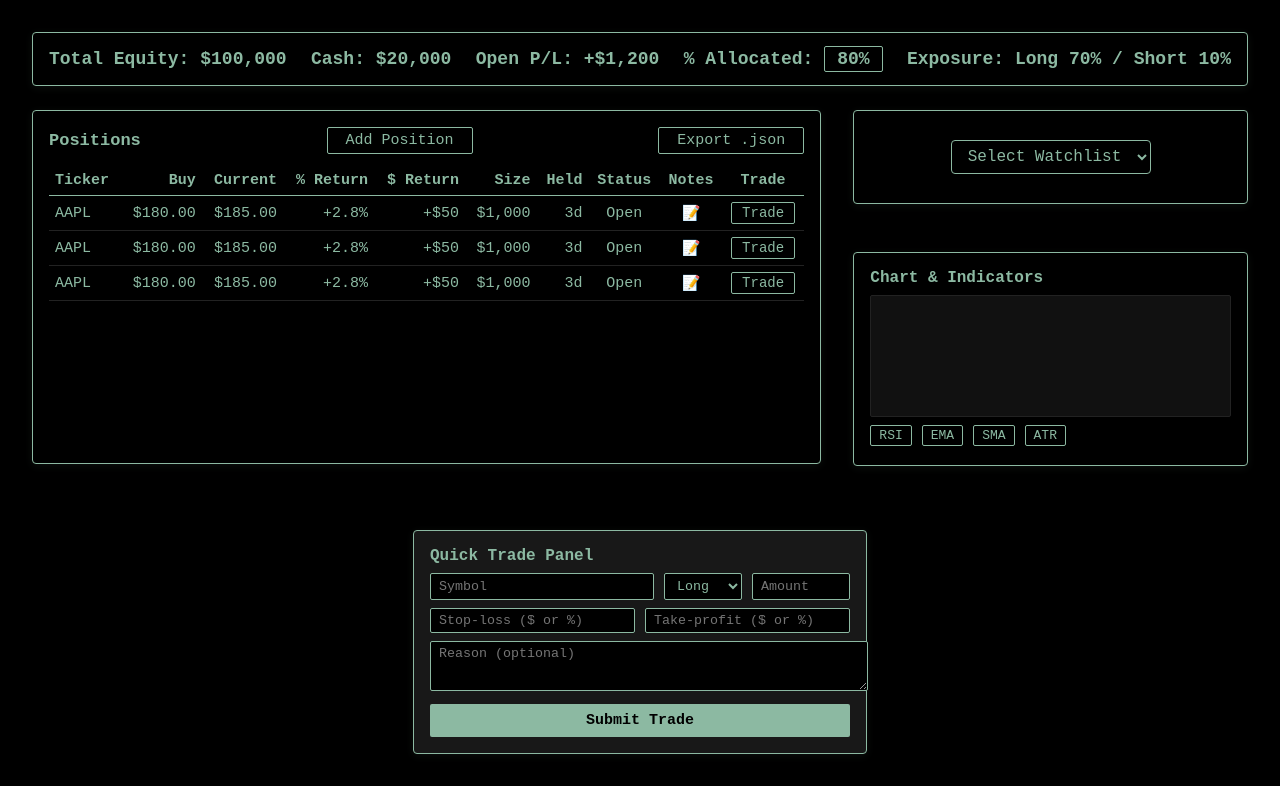
Repository: 11612x/burnlistv1.1
Page: /trade
An editor plug-in stored every save of this project. The page is shown before and after the next save, followed by the edit.
The browser window is 1280 px wide. The pictures show the whole page.
The project was rebuilt for these pictures with package versions that can differ from the ones it lists, and the page was loaded fresh each time. Also part of the build but not shown: vite.config.js, src/components/CustomTooltip.jsx, src/logic/portfolioUtils.js, src/components/WatchlistChart.jsx, src/data/randomNames.js, src/data/mockTickerGenerator.js, src/components/NotificationBanner.jsx, src/components/CustomButton.jsx and 17 more.

Above is the page before, as saved 2025-07-14 23:55:46.

### index.html
<!DOCTYPE html>
<html lang="en">
  <head>
    <meta charset="UTF-8" />
    <meta name="viewport" content="width=device-width, initial-scale=1.0" />
    <title>Burnlist</title>
    <link rel="icon" type="image/x-icon" href="/favicon.ico" />
  </head>
  <body>
    <div id="root"></div>
    <script type="module" src="/src/main.jsx"></script>
  </body>
</html>

### src/main.jsx
import React from 'react';
import ReactDOM from 'react-dom/client';
import App from './App';
import './index.css';
import MockWatchlistPage from './pages/MockWatchlistPage';

console.log("MAIN.JSX is running");


ReactDOM.createRoot(document.getElementById('root')).render(<App />);

### src/App.jsx
// React core and lifecycle
import React, { useState, useEffect } from "react";
// React Router for routing
import { BrowserRouter as Router, Routes, Route } from "react-router-dom";
// App pages
import Home from "@pages/HomePage";
import BurnPage from "@pages/burnPage";
import MockWatchlistPage from "@pages/MockWatchlistPage";
import UniverseScreenerPage from "@pages/UniverseScreenerPage";
import UniverseHomePage from "@pages/UniverseHomePage";
import TradeDashboard from './pages/TradeDashboard';
// Fetch manager for cleanup
import { fetchManager } from '@data/fetchManager';
import { ThemeProvider } from './ThemeContext';


function App() {
  // Load watchlists from localStorage or default to empty object
  const [watchlists, setWatchlists] = useState(() => {
    try {
      const saved = localStorage.getItem("burnlist_watchlists");
      console.log("Loaded watchlists from localStorage:", saved);
      return saved ? JSON.parse(saved) : {};
    } catch {
      return {};
    }
  });

  // Persist watchlists to localStorage on changes
  useEffect(() => {
    console.log("Saving watchlists to localStorage:", watchlists);
    localStorage.setItem("burnlist_watchlists", JSON.stringify(watchlists));
  }, [watchlists]);

  // Cleanup fetch manager on app unmount
  useEffect(() => {
    return () => {
      fetchManager.cleanup();
    };
  }, []);

  return (
    <ThemeProvider>
      <Router>
        <Routes>
          <Route
            path="/"
            element={<Home watchlists={watchlists} setWatchlists={setWatchlists} />}
          />
          <Route
            path="/watchlist/:slug"
            element={<BurnPage watchlists={watchlists} setWatchlists={setWatchlists} />}
          />
          {/* Route for mock watchlist testing - remove when not needed */}
          <Route path="/mockwatchlist" element={<MockWatchlistPage />} />
          {/* Route for Universe Homepage */}
          <Route path="/universes" element={<UniverseHomePage />} />
          {/* Route for Universe Screener */}
          <Route path="/universe/:slug" element={<UniverseScreenerPage />} />
          <Route path="/trade" element={<TradeDashboard />} />
        </Routes>
      </Router>
    </ThemeProvider>
  );
}

export default App;

### src/index.css
body, html, #root {
  margin: 0;
  padding: 0;
  height: 100%;
  background-color: black;
  color: #0de309;
  font-family: 'Courier New', Courier, monospace;
}

### src/pages/TradeDashboard.jsx
import React, { useState, useEffect } from 'react';
import WatchlistSelector from '../components/WatchlistSelector';

const CRT_GREEN = 'rgb(140,185,162)';
const CRT_RED = '#e31507';

const boxStyle = {
  border: `1.5px solid ${CRT_GREEN}`,
  borderRadius: 4,
  background: 'black',
  color: CRT_GREEN,
  fontFamily: 'Courier New',
  padding: 16,
  marginBottom: 24,
  boxShadow: '0 2px 8px 0 rgba(140,185,162,0.08)'
};

function getLatestAndChange(item) {
  if (!item || !Array.isArray(item.historicalData) || item.historicalData.length < 2) return { latest: null, change: null };
  const latest = item.historicalData[item.historicalData.length - 1]?.price;
  const prev = item.historicalData[item.historicalData.length - 2]?.price;
  if (typeof latest !== 'number' || typeof prev !== 'number' || prev === 0) return { latest: null, change: null };
  const change = ((latest - prev) / prev) * 100;
  return { latest, change };
}

const TradeDashboard = () => {
  const [selectedWatchlist, setSelectedWatchlist] = useState("");
  const [watchlistData, setWatchlistData] = useState(null);

  useEffect(() => {
    if (!selectedWatchlist) {
      setWatchlistData(null);
      return;
    }
    try {
      const saved = localStorage.getItem("burnlist_watchlists");
      if (saved) {
        const parsed = JSON.parse(saved);
        const found = Object.values(parsed).find(w => w.slug === selectedWatchlist);
        setWatchlistData(found || null);
      } else {
        setWatchlistData(null);
      }
    } catch (e) {
      setWatchlistData(null);
    }
  }, [selectedWatchlist]);

  return (
    <div style={{
      fontFamily: 'Courier New',
      color: CRT_GREEN,
      background: 'black',
      minHeight: '100vh',
      padding: 32
    }}>
      {/* Portfolio Bar */}
      <div style={{ ...boxStyle, display: 'flex', justifyContent: 'space-between', alignItems: 'center', fontWeight: 700, fontSize: 18 }}>
        <div>Total Equity: $100,000</div>
        <div>Cash: $20,000</div>
        <div>Open P/L: <span style={{ color: CRT_GREEN }}>+$1,200</span></div>
        <div>% Allocated: <span style={{ border: `1px solid ${CRT_GREEN}`, padding: '2px 12px', borderRadius: 2 }}>80%</span></div>
        <div>Exposure: Long 70% / Short 10%</div>
      </div>

      {/* Main Section: Table + Chart/Selector */}
      <div style={{ display: 'flex', gap: 32 }}>
        {/* Positions Table */}
        <div style={{ flex: 2 }}>
          <div style={{ ...boxStyle, minHeight: 320 }}>
            <div style={{ display: 'flex', justifyContent: 'space-between', alignItems: 'center', marginBottom: 12 }}>
              <div style={{ fontWeight: 700, fontSize: 17 }}>Positions</div>
              <button style={{ background: 'none', color: CRT_GREEN, border: `1px solid ${CRT_GREEN}`, fontFamily: 'Courier New', fontSize: 15, padding: '4px 18px', borderRadius: 2, cursor: 'pointer' }}>Add Position</button>
              <button style={{ background: 'none', color: CRT_GREEN, border: `1px solid ${CRT_GREEN}`, fontFamily: 'Courier New', fontSize: 15, padding: '4px 18px', borderRadius: 2, cursor: 'pointer' }}>Export .json</button>
            </div>
            <table style={{ width: '100%', borderCollapse: 'collapse', fontSize: 15 }}>
              <thead>
                <tr style={{ borderBottom: `1.5px solid ${CRT_GREEN}` }}>
                  <th style={{ textAlign: 'left', padding: 6 }}>Ticker</th>
                  <th style={{ textAlign: 'right', padding: 6 }}>Buy</th>
                  <th style={{ textAlign: 'right', padding: 6 }}>Current</th>
                  <th style={{ textAlign: 'right', padding: 6 }}>% Return</th>
                  <th style={{ textAlign: 'right', padding: 6 }}>$ Return</th>
                  <th style={{ textAlign: 'right', padding: 6 }}>Size</th>
                  <th style={{ textAlign: 'right', padding: 6 }}>Held</th>
                  <th style={{ textAlign: 'center', padding: 6 }}>Status</th>
                  <th style={{ textAlign: 'center', padding: 6 }}>Notes</th>
                  <th style={{ textAlign: 'center', padding: 6 }}>Trade</th>
                </tr>
              </thead>
              <tbody>
                {[1,2,3].map(i => (
                  <tr key={i} style={{ borderBottom: `1px solid #222` }}>
                    <td style={{ padding: 6 }}>AAPL</td>
                    <td style={{ padding: 6, textAlign: 'right' }}>$180.00</td>
                    <td style={{ padding: 6, textAlign: 'right' }}>$185.00</td>
                    <td style={{ padding: 6, textAlign: 'right', color: CRT_GREEN }}>+2.8%</td>
                    <td style={{ padding: 6, textAlign: 'right', color: CRT_GREEN }}>+$50</td>
                    <td style={{ padding: 6, textAlign: 'right' }}>$1,000</td>
                    <td style={{ padding: 6, textAlign: 'right' }}>3d</td>
                    <td style={{ padding: 6, textAlign: 'center' }}>Open</td>
                    <td style={{ padding: 6, textAlign: 'center' }}>📝</td>
                    <td style={{ padding: 6, textAlign: 'center' }}><button style={{ background: 'none', color: CRT_GREEN, border: `1px solid ${CRT_GREEN}`, fontFamily: 'Courier New', fontSize: 14, padding: '2px 10px', borderRadius: 2, cursor: 'pointer' }}>Trade</button></td>
                  </tr>
                ))}
              </tbody>
            </table>
          </div>
        </div>
        {/* Chart + Watchlist Selector */}
        <div style={{ flex: 1, display: 'flex', flexDirection: 'column', gap: 24 }}>
          {/* Watchlist Selector */}
          <div style={{ ...boxStyle, minHeight: 60, display: 'flex', alignItems: 'center', justifyContent: 'center' }}>
            <WatchlistSelector value={selectedWatchlist} onSelect={setSelectedWatchlist} />
          </div>
          {/* Watchlist Table (shows when selected) */}
          {watchlistData && Array.isArray(watchlistData.items) && watchlistData.items.length > 0 && (
            <div style={{ ...boxStyle, minHeight: 120 }}>
              <div style={{ fontWeight: 700, fontSize: 16, marginBottom: 8 }}>Watchlist Stocks</div>
              <table style={{ width: '100%', borderCollapse: 'collapse', fontSize: 15 }}>
                <thead>
                  <tr style={{ borderBottom: `1.5px solid ${CRT_GREEN}` }}>
                    <th style={{ textAlign: 'left', padding: 6 }}>Symbol</th>
                    <th style={{ textAlign: 'right', padding: 6 }}>Latest</th>
                    <th style={{ textAlign: 'right', padding: 6 }}>% Change</th>
                  </tr>
                </thead>
                <tbody>
                  {watchlistData.items.map((item, idx) => {
                    const { latest, change } = getLatestAndChange(item);
                    return (
                      <tr key={item.symbol || idx} style={{ borderBottom: '1px solid #222' }}>
                        <td style={{ padding: 6 }}>{item.symbol}</td>
                        <td style={{ padding: 6, textAlign: 'right' }}>{typeof latest === 'number' ? `$${latest.toFixed(2)}` : '--'}</td>
                        <td style={{ padding: 6, textAlign: 'right', color: typeof change === 'number' ? (change >= 0 ? CRT_GREEN : CRT_RED) : '#888' }}>{typeof change === 'number' ? `${change >= 0 ? '+' : ''}${change.toFixed(2)}%` : '--'}</td>
                      </tr>
                    );
                  })}
                </tbody>
              </table>
            </div>
          )}
          {/* Chart/Indicators */}
          <div style={{ ...boxStyle, minHeight: 180 }}>
            <div style={{ fontWeight: 700, fontSize: 16, marginBottom: 8 }}>Chart & Indicators</div>
            <div style={{ height: 120, background: '#111', borderRadius: 2, marginBottom: 8, border: `1px solid #222` }} />
            <div style={{ display: 'flex', gap: 10, fontSize: 13 }}>
              <span style={{ border: `1px solid ${CRT_GREEN}`, borderRadius: 2, padding: '2px 8px' }}>RSI</span>
              <span style={{ border: `1px solid ${CRT_GREEN}`, borderRadius: 2, padding: '2px 8px' }}>EMA</span>
              <span style={{ border: `1px solid ${CRT_GREEN}`, borderRadius: 2, padding: '2px 8px' }}>SMA</span>
              <span style={{ border: `1px solid ${CRT_GREEN}`, borderRadius: 2, padding: '2px 8px' }}>ATR</span>
            </div>
          </div>
        </div>
      </div>
      {/* Quick Trade Panel (mockup, not functional) */}
      <div style={{ ...boxStyle, maxWidth: 420, margin: '40px auto 0 auto', background: '#181818' }}>
        <div style={{ fontWeight: 700, fontSize: 16, marginBottom: 8 }}>Quick Trade Panel</div>
        <div style={{ display: 'flex', gap: 10, marginBottom: 8 }}>
          <input placeholder="Symbol" style={{ flex: 1, background: 'black', color: CRT_GREEN, border: `1px solid ${CRT_GREEN}`, borderRadius: 2, padding: '4px 8px', fontFamily: 'Courier New' }} />
          <select style={{ background: 'black', color: CRT_GREEN, border: `1px solid ${CRT_GREEN}`, borderRadius: 2, padding: '4px 8px', fontFamily: 'Courier New' }}>
            <option>Long</option>
            <option>Short</option>
          </select>
          <input placeholder="Amount" style={{ width: 80, background: 'black', color: CRT_GREEN, border: `1px solid ${CRT_GREEN}`, borderRadius: 2, padding: '4px 8px', fontFamily: 'Courier New' }} />
        </div>
        <div style={{ display: 'flex', gap: 10, marginBottom: 8 }}>
          <input placeholder="Stop-loss ($ or %)" style={{ flex: 1, background: 'black', color: CRT_GREEN, border: `1px solid ${CRT_GREEN}`, borderRadius: 2, padding: '4px 8px', fontFamily: 'Courier New' }} />
          <input placeholder="Take-profit ($ or %)" style={{ flex: 1, background: 'black', color: CRT_GREEN, border: `1px solid ${CRT_GREEN}`, borderRadius: 2, padding: '4px 8px', fontFamily: 'Courier New' }} />
        </div>
        <textarea placeholder="Reason (optional)" style={{ width: '100%', background: 'black', color: CRT_GREEN, border: `1px solid ${CRT_GREEN}`, borderRadius: 2, padding: '4px 8px', fontFamily: 'Courier New', minHeight: 40, marginBottom: 8 }} />
        <button style={{ width: '100%', background: CRT_GREEN, color: 'black', border: 'none', borderRadius: 2, fontFamily: 'Courier New', fontWeight: 700, fontSize: 15, padding: '8px 0', cursor: 'pointer' }}>Submit Trade</button>
      </div>
    </div>
  );
};

export default TradeDashboard;

### src/ThemeContext.jsx
import React, { createContext, useContext, useState } from 'react';

const ThemeContext = createContext();

const CRT_GREEN = 'rgb(140,185,162)';
const CRT_GREEN_HEX = '#8CB9A2';
const RED = '#e31507';
const BLACK = '#000';
const BLACK2 = '#000000';

function mapColor(color, isInverted) {
  if (!isInverted) return color;
  // Normalize color string
  const c = color.trim().toLowerCase();
  // All black to CRT green
  if (c === BLACK || c === BLACK2 || c === 'black' || c.startsWith('rgb(0,0,0)')) return CRT_GREEN;
  // All CRT green to black
  if (c === CRT_GREEN || c === CRT_GREEN_HEX || c.startsWith('rgb(140,185,162)')) return BLACK;
  // All red stays red
  if (c === RED) return RED;
  // All other accents (gray, orange, white, etc.) go black
  return BLACK;
}

export function ThemeProvider({ children }) {
  const [isInverted, setIsInverted] = useState(false);
  const toggleTheme = () => setIsInverted((prev) => !prev);
  return (
    <ThemeContext.Provider value={{ isInverted, toggleTheme }}>
      {children}
    </ThemeContext.Provider>
  );
}

export function useTheme() {
  return useContext(ThemeContext);
}

export function useThemeColor(color) {
  const { isInverted } = useTheme();
  return mapColor(color, isInverted);
}

### src/data/normalizeTicker.js
function normalizeTicker(ticker) {
  if (!ticker || typeof ticker !== "object") {
    console.warn("⚠️ normalizeTicker received invalid input:", ticker);
    return {
      symbol: "UNKNOWN",
      buyPrice: 0,
      buyDate: new Date().toISOString(),
      historicalData: [],
      addedAt: new Date().toISOString(),
      type: "real",
      isMock: false,
    };
  }

  let incomplete = false;

  const normalizedHistorical = Array.isArray(ticker.historicalData)
    ? ticker.historicalData.map(entry => {
        const price = Number(entry?.price);
        const timestamp = new Date(entry?.timestamp).toISOString();
        if (isNaN(price) || !entry?.timestamp) {
          console.warn("⚠️ Malformed historical entry:", entry);
        }
        if (price === 0) {
          console.warn("⚠️ Historical entry has price = 0:", entry);
          incomplete = true;
        }
        return {
          price: isNaN(price) ? 0 : price,
          timestamp,
        };
      })
    : [];

  let buyPrice = Number(ticker.buyPrice);
  if (isNaN(buyPrice)) {
    console.warn("⚠️ Invalid or missing buyPrice, defaulting to 0:", ticker);
    buyPrice = 0;
    incomplete = true;
  }

  let buyDate;
  if (ticker.buyDate && !isNaN(new Date(ticker.buyDate))) {
    buyDate = new Date(ticker.buyDate).toISOString();
  } else {
    buyDate = new Date(ticker.addedAt || Date.now()).toISOString();
    console.warn("⚠️ Invalid or missing buyDate, falling back to addedAt or now:", ticker);
  }

  const addedAt = new Date(ticker.addedAt || Date.now()).toISOString();

  const normalizedTicker = {
    symbol: String(ticker.symbol || "UNKNOWN").toUpperCase(),
    buyPrice,
    buyDate,
    historicalData: normalizedHistorical,
    addedAt,
    type: ticker.type || "real",
    isMock: Boolean(ticker.isMock),
    incomplete,
  };

  console.log("🧼 normalizeTicker →", normalizedTicker);
  return normalizedTicker;
}

export default normalizeTicker;

### src/components/WatchlistSelector.jsx
import React, { useEffect, useState } from "react";

const CRT_GREEN = "rgb(140,185,162)";

const WatchlistSelector = ({ value, onSelect }) => {
  const [watchlists, setWatchlists] = useState([]);

  useEffect(() => {
    try {
      const saved = localStorage.getItem("burnlist_watchlists");
      if (saved) {
        const parsed = JSON.parse(saved);
        const listArr = Object.values(parsed).map(w => ({ name: w.name, slug: w.slug }));
        setWatchlists(listArr);
      }
    } catch (e) {
      setWatchlists([]);
    }
  }, []);

  return (
    <select
      value={value || ""}
      onChange={e => onSelect && onSelect(e.target.value)}
      style={{
        background: "black",
        color: CRT_GREEN,
        border: `1px solid ${CRT_GREEN}`,
        fontFamily: "Courier New, monospace",
        fontSize: 16,
        padding: "6px 12px",
        borderRadius: 4,
        outline: "none",
        minWidth: 180,
        margin: 0,
      }}
    >
      <option value="" disabled>
        Select Watchlist
      </option>
      {watchlists.map(w => (
        <option key={w.slug} value={w.slug}>
          {w.name}
        </option>
      ))}
    </select>
  );
};

export default WatchlistSelector;

### src/data/finhubAdapter.js
import axios from 'axios';

const API_KEY = 'd1leaapr01qt4thfm1a0d1leaapr01qt4thfm1ag'; // replace with secure method in production

export async function fetchQuote(symbol) {
  try {
    symbol = symbol.toUpperCase();
    const url = `https://finnhub.io/api/v1/quote?symbol=${symbol}&token=${API_KEY}`;
    console.log(`🌐 Requesting quote for symbol: ${symbol}`);
    const response = await axios.get(url);

    const data = response.data;
    console.log(`📥 Raw quote data for ${symbol}:`, data);
    if (!data || typeof data.c !== 'number' || typeof data.t !== 'number') {
      console.warn(`❗ Invalid quote data for ${symbol}:`, data);
      return null;
    }

    const currentPrice = Number(data.c);
    const marketTimestamp = new Date(Number(data.t) * 1000).toISOString();
    const addedAt = new Date().toISOString(); // When user adds to watchlist

    if (isNaN(currentPrice) || isNaN(new Date(marketTimestamp).getTime())) {
      console.warn(`⚠️ Parsed quote has invalid values for ${symbol}:`, { currentPrice, marketTimestamp });
      return null;
    }

    console.log(`📡 fetchQuote → ${symbol}: $${currentPrice} @ ${marketTimestamp}`);

    // Return ticker with buyDate set to when user added it, not market timestamp
    return {
      symbol,
      buyPrice: currentPrice,
      buyDate: addedAt, // When user added to watchlist
      historicalData: [
        {
          price: currentPrice,
          timestamp: marketTimestamp // Market timestamp for historical data
        }
      ]
    };
  } catch (error) {
    console.error(`❌ fetchQuote error for ${symbol}:`, error);
    return null;
  }
}

Loaded but not shown: src/data/fetchManager.js (384 lines, source omitted)

After the next save:
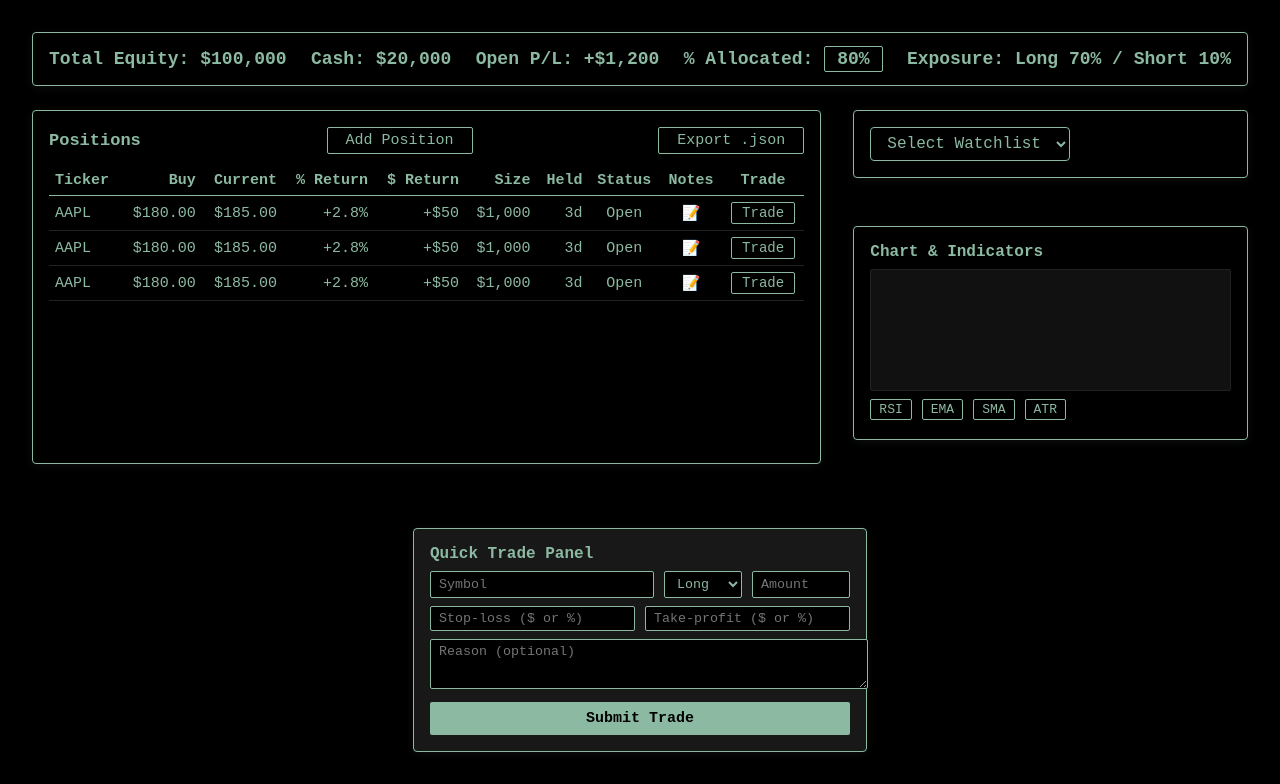
Saved 46 s later.
--- a/src/pages/TradeDashboard.jsx
+++ b/src/pages/TradeDashboard.jsx
@@ -110,37 +110,37 @@ const TradeDashboard = () => {
         </div>
         {/* Chart + Watchlist Selector */}
         <div style={{ flex: 1, display: 'flex', flexDirection: 'column', gap: 24 }}>
-          {/* Watchlist Selector */}
-          <div style={{ ...boxStyle, minHeight: 60, display: 'flex', alignItems: 'center', justifyContent: 'center' }}>
-            <WatchlistSelector value={selectedWatchlist} onSelect={setSelectedWatchlist} />
+          {/* Watchlist Selector + Table in one box */}
+          <div style={{ ...boxStyle, minHeight: 60, display: 'flex', flexDirection: 'column', alignItems: 'stretch', justifyContent: 'flex-start', padding: 0 }}>
+            <div style={{ padding: 16, borderBottom: watchlistData && Array.isArray(watchlistData.items) && watchlistData.items.length > 0 ? `1px solid #222` : 'none' }}>
+              <WatchlistSelector value={selectedWatchlist} onSelect={setSelectedWatchlist} />
+            </div>
+            {watchlistData && Array.isArray(watchlistData.items) && watchlistData.items.length > 0 && (
+              <div style={{ maxHeight: 220, overflowY: 'auto', padding: 0 }}>
+                <table style={{ width: '100%', borderCollapse: 'collapse', fontSize: 15 }}>
+                  <thead>
+                    <tr style={{ borderBottom: `1.5px solid ${CRT_GREEN}` }}>
+                      <th style={{ textAlign: 'left', padding: 6, position: 'sticky', top: 0, background: 'black', zIndex: 1 }}>Symbol</th>
+                      <th style={{ textAlign: 'right', padding: 6, position: 'sticky', top: 0, background: 'black', zIndex: 1 }}>Latest</th>
+                      <th style={{ textAlign: 'right', padding: 6, position: 'sticky', top: 0, background: 'black', zIndex: 1 }}>% Change</th>
+                    </tr>
+                  </thead>
+                  <tbody>
+                    {watchlistData.items.map((item, idx) => {
+                      const { latest, change } = getLatestAndChange(item);
+                      return (
+                        <tr key={item.symbol || idx} style={{ borderBottom: '1px solid #222' }}>
+                          <td style={{ padding: 6 }}>{item.symbol}</td>
+                          <td style={{ padding: 6, textAlign: 'right' }}>{typeof latest === 'number' ? `$${latest.toFixed(2)}` : '--'}</td>
+                          <td style={{ padding: 6, textAlign: 'right', color: typeof change === 'number' ? (change >= 0 ? CRT_GREEN : CRT_RED) : '#888' }}>{typeof change === 'number' ? `${change >= 0 ? '+' : ''}${change.toFixed(2)}%` : '--'}</td>
+                        </tr>
+                      );
+                    })}
+                  </tbody>
+                </table>
+              </div>
+            )}
           </div>
-          {/* Watchlist Table (shows when selected) */}
-          {watchlistData && Array.isArray(watchlistData.items) && watchlistData.items.length > 0 && (
-            <div style={{ ...boxStyle, minHeight: 120 }}>
-              <div style={{ fontWeight: 700, fontSize: 16, marginBottom: 8 }}>Watchlist Stocks</div>
-              <table style={{ width: '100%', borderCollapse: 'collapse', fontSize: 15 }}>
-                <thead>
-                  <tr style={{ borderBottom: `1.5px solid ${CRT_GREEN}` }}>
-                    <th style={{ textAlign: 'left', padding: 6 }}>Symbol</th>
-                    <th style={{ textAlign: 'right', padding: 6 }}>Latest</th>
-                    <th style={{ textAlign: 'right', padding: 6 }}>% Change</th>
-                  </tr>
-                </thead>
-                <tbody>
-                  {watchlistData.items.map((item, idx) => {
-                    const { latest, change } = getLatestAndChange(item);
-                    return (
-                      <tr key={item.symbol || idx} style={{ borderBottom: '1px solid #222' }}>
-                        <td style={{ padding: 6 }}>{item.symbol}</td>
-                        <td style={{ padding: 6, textAlign: 'right' }}>{typeof latest === 'number' ? `$${latest.toFixed(2)}` : '--'}</td>
-                        <td style={{ padding: 6, textAlign: 'right', color: typeof change === 'number' ? (change >= 0 ? CRT_GREEN : CRT_RED) : '#888' }}>{typeof change === 'number' ? `${change >= 0 ? '+' : ''}${change.toFixed(2)}%` : '--'}</td>
-                      </tr>
-                    );
-                  })}
-                </tbody>
-              </table>
-            </div>
-          )}
           {/* Chart/Indicators */}
           <div style={{ ...boxStyle, minHeight: 180 }}>
             <div style={{ fontWeight: 700, fontSize: 16, marginBottom: 8 }}>Chart & Indicators</div>
